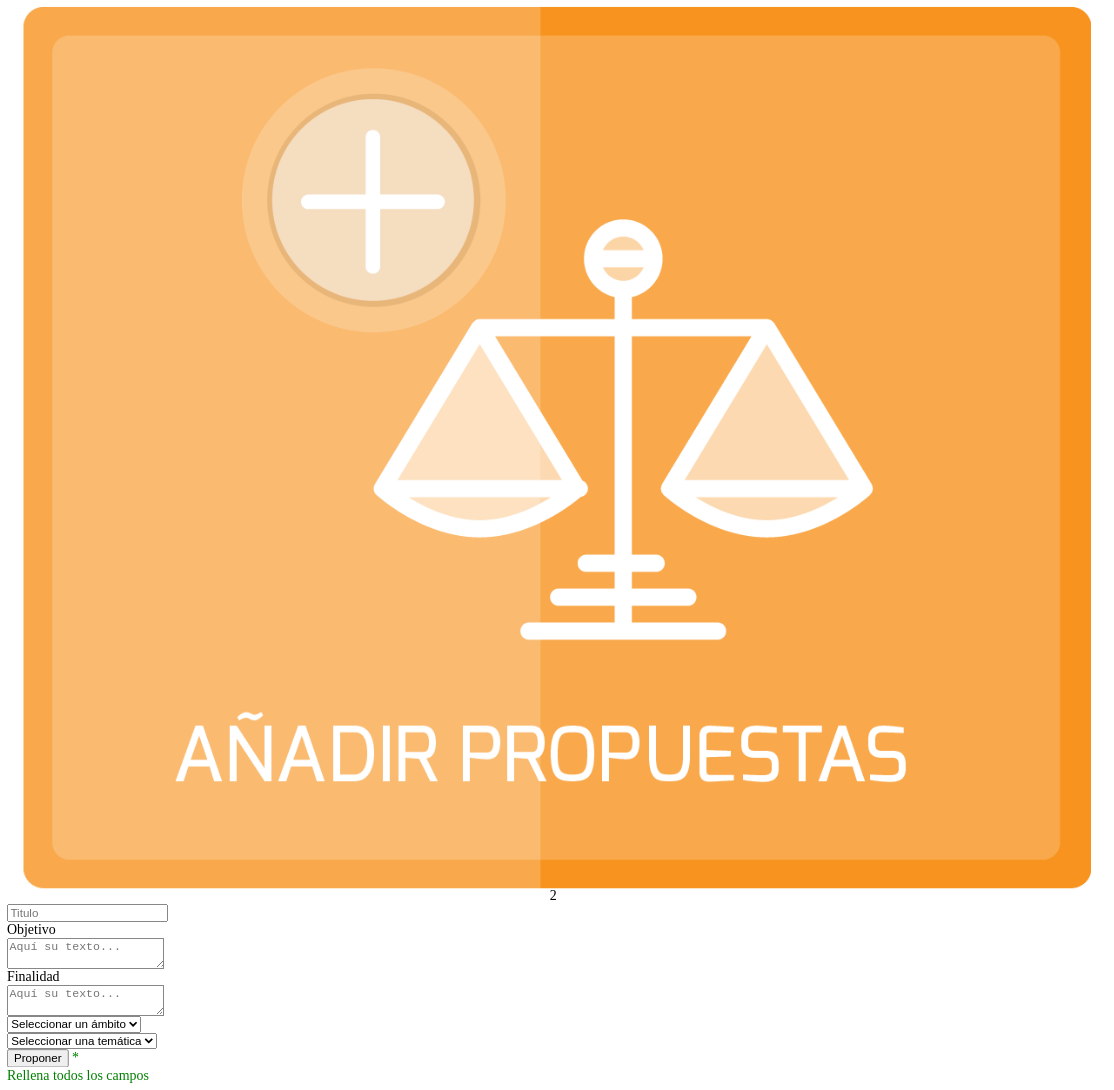
Repository: gamesrol/smartLament
Page: Cliente/partials/addPropuesta.html
The author's editor kept a record of every edit. The page is drawn from the files as they stood at one moment, then again after the next edit.
The browser window is 1280 px wide. The pictures show the whole page, at 87% of full size.

Above is the page before.

### Cliente/partials/addPropuesta.html
<div class="row">
	<div class="col-lg-12">
	    <center><a href="#/propuestas"><img class="iconsSocial" src="/img/addpropuesta.png" /></a></center>
	    <center>2 &nbsp; <span class="glyphicon glyphicon-minus" aria-hidden="true"> </span><span class="glyphicon glyphicon-plus" aria-hidden="true"></span></center>
        <div class="field">
            <input id="proposal_title" name="proposal[title]" type="text" class="nombreAndir" ng-model="proposal.title" placeholder="Titulo"/>
        </div>
        <div class="field">
            <label for="proposal_object" class="addPropuesta">Objetivo</label><br>
            <textarea id="proposal_object" name="proposal[object]" ng-model="proposal.object" type="text" placeholder="Aqu&iacute; su texto..." class="addPropuesta"></textarea>
        </div>
        <div class="field">
            <label for="proposal_finality" class="addPropuesta">Finalidad</label><br>
            <textarea id="proposal_finality" name="proposal[finality]" ng-model="proposal.finality" placeholder="Aqu&iacute; su texto..." class="addPropuesta"></textarea>
        </div>
        <div class="field">
            <select id="proposal_scope_id" name="proposal[scope_id]"  ng-model="proposal.scope" ng-options="scope.name for scope in scopes">
                <option value="">Seleccionar un &aacute;mbito</option>
            </select>
        </div>
        <div class="field">
            <select id="proposal_subject_id" name="proposal[subject_id]" ng-model="proposal.subject" ng-options="subject.name for subject in subjects">
                <option value="">Seleccionar una tem&aacute;tica</option>
            </select>
        </div>
        <div class="actions">
            <button name="commit" type="submit" ng-click="create()" class="enviar" ng-disabled="!proposal.title || !proposal.object || !proposal.finality || !proposal.scope || !proposal.subject">Proponer</button>
            <font color="green">*</span>
            <br>
            <span ng-if="!proposal.title || !proposal.object || !proposal.finality || !proposal.scope || !proposal.subject">Rellena todos los campos</span>
        </div>
	</div>
</div>

After the next edit:
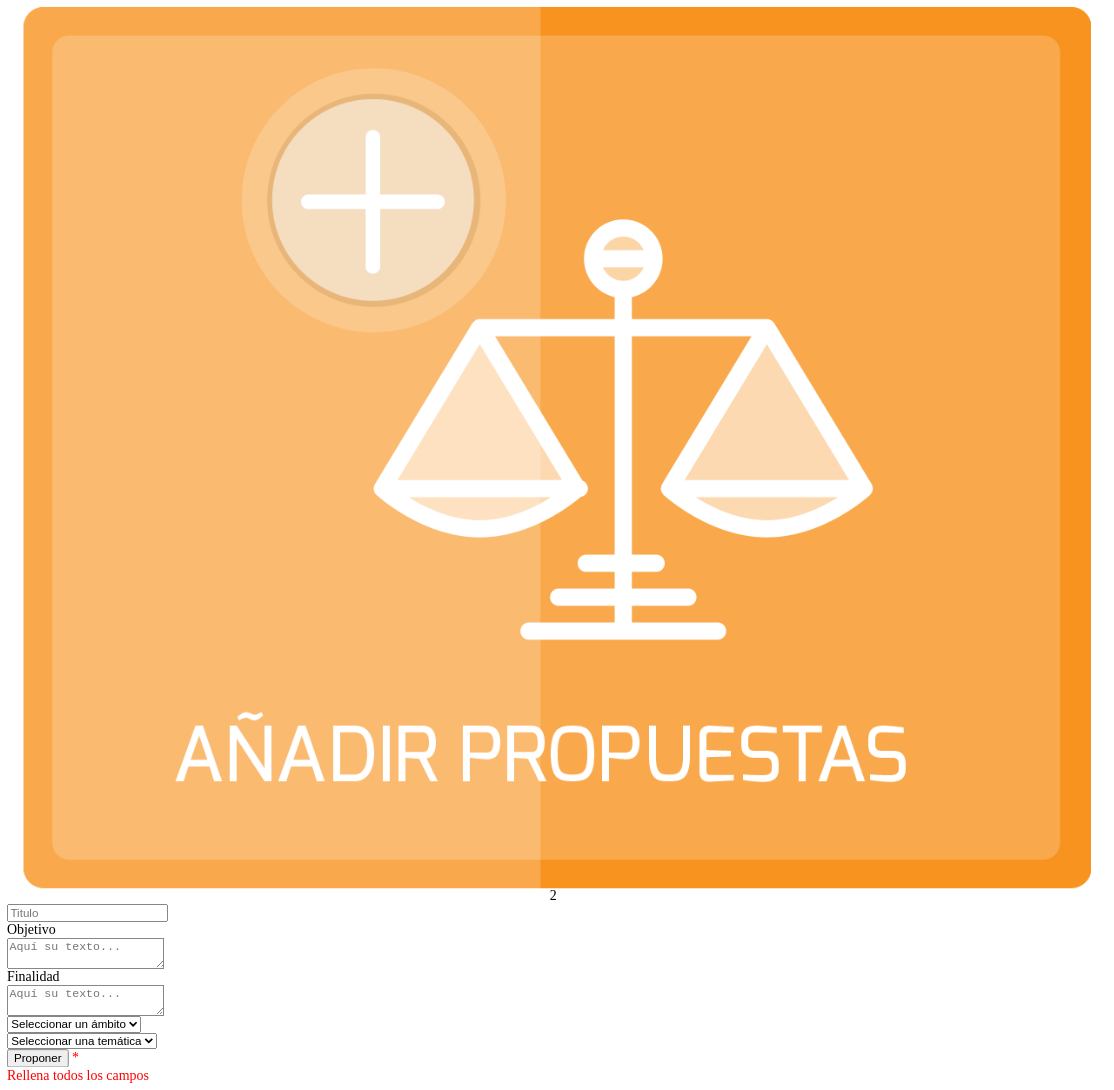
The edit:
--- a/Cliente/partials/addPropuesta.html
+++ b/Cliente/partials/addPropuesta.html
@@ -25,7 +25,7 @@
         </div>
         <div class="actions">
             <button name="commit" type="submit" ng-click="create()" class="enviar" ng-disabled="!proposal.title || !proposal.object || !proposal.finality || !proposal.scope || !proposal.subject">Proponer</button>
-            <font color="green">*</span>
+            <font color="red">*</span>
             <br>
             <span ng-if="!proposal.title || !proposal.object || !proposal.finality || !proposal.scope || !proposal.subject">Rellena todos los campos</span>
         </div>
